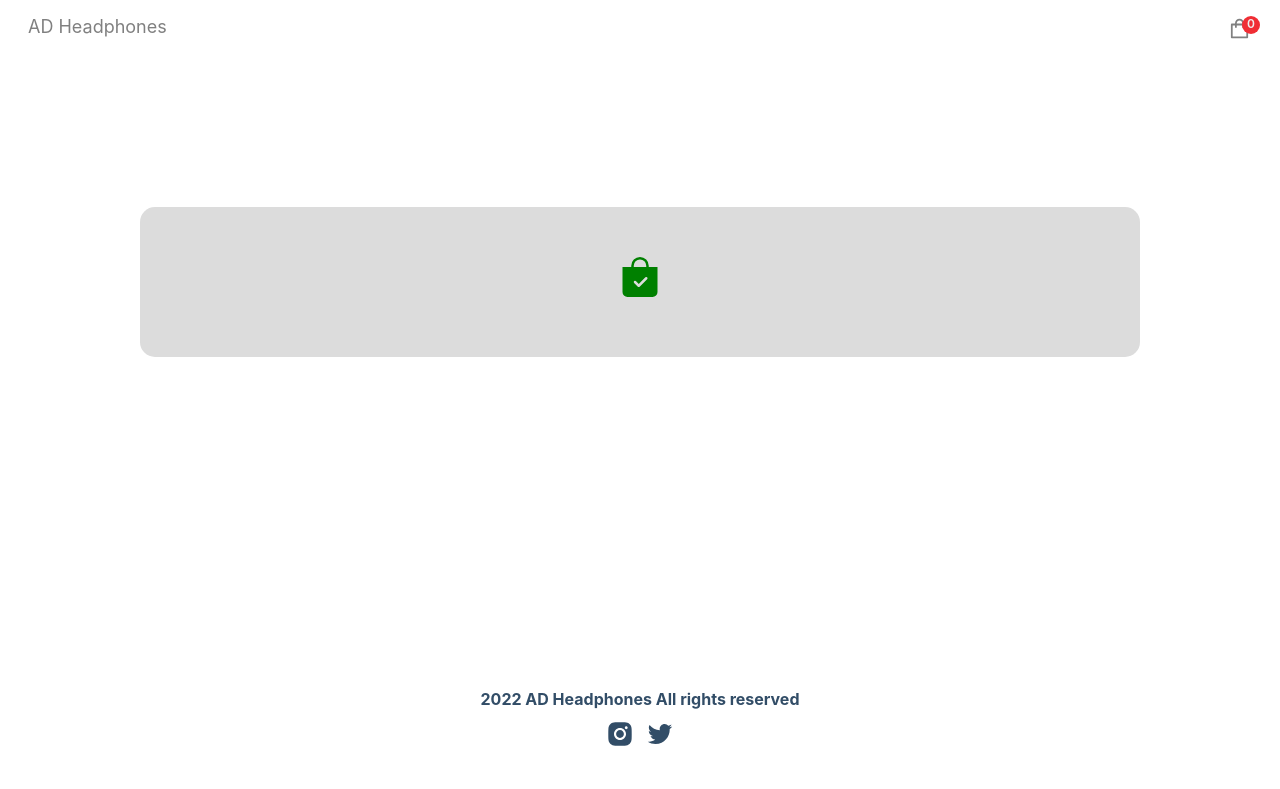
Repository: Ayush-dixit-15/AD_Headphones
Page: /success
An editor plug-in stored every save of this project. The page is shown before and after the next save, followed by the edit.
The browser window is 1280 px wide. The pictures show the whole page.
The project was rebuilt for these pictures with package versions that can differ from the ones it lists, and the page was loaded fresh each time. The framework's server and built-in components were replaced by stand-ins that run in the browser. Also part of the build but not shown: next.config.js, lib/client.js, lib/getStripe.js, components/Cart.jsx, components/FooterBanner.jsx, components/Product.jsx, components/MainBanner.jsx.

Above is the page before, as saved 2022-07-25 17:51:53.

### pages/_app.js
import React from 'react'
import { Toaster } from 'react-hot-toast';
import { Layout } from '../components'
import '../styles/globals.css';
import { StateContext } from '../context/StateContext';


function MyApp({ Component, pageProps }) {
  return(
    <StateContext>
    <Layout>
      <Toaster/>
     <Component {...pageProps} />
     </Layout>
     </StateContext>

    //  in react what happens is that if any component is inside another component then the inner one is considered to be the children and can be called at any point of time in the parent by passing simply the {children} prop and rendering it
  )
}

export default MyApp

### pages/success.js
import React, {useState,useEffect} from 'react'
import Link from 'next/link'
import { BsBagCheckFill } from 'react-icons/bs';
import { useRouter } from 'next/router';


import { useStateContext } from '../context/StateContext';

const Success = () => {
    const { setCartItems, setTotalPrice, setTotalQuantities } = useStateContext();
    const [order, setOrder] = useState(null)
  return (
    <div className="success-wrapper">
        <div className="success">
            <p className="icon">
                <BsBagCheckFill/>
            </p>
        </div>
    </div>
  )
}

export default Success

### components/index.js
export { default as Footer } from './Footer'
export { default as Layout } from './Layout'
export { default as FooterBanner } from './FooterBanner'
export { default as Cart } from './Cart'
export { default as Navbar } from './Navbar'
export { default as Product } from './Product'
export { default as MainBanner} from './MainBanner'

### context/StateContext.js
import React, { createContext, useContext, useState, useEffect } from 'react';
import { toast } from 'react-hot-toast';

const Context = createContext();

export const StateContext = ({ children }) => {
  const [showCart, setShowCart] = useState(false);
  const [cartItems, setCartItems] = useState([]);
  const [totalPrice, setTotalPrice] = useState(0);
  const [totalQuantities, setTotalQuantities] = useState(0);
  const [qty, setQty] = useState(1);

  let foundProduct;
  let index;

  const onAdd = (product, quantity) => {
    const checkProductInCart = cartItems.find((item) => item._id === product._id);

    setTotalPrice((prevTotalPrice) => prevTotalPrice + product.price * quantity);
    setTotalQuantities((prevTotalQuantities) => prevTotalQuantities + quantity);

    if(checkProductInCart) {
      const updatedCartItems = cartItems.map((cartProduct) => {
        if(cartProduct._id === product._id) return {
          ...cartProduct,
          quantity: cartProduct.quantity + quantity
        }
      })

      setCartItems(updatedCartItems);

            // this logic simply checks of the order that the user is trying to add in the cart already exists in the cart . If yes, a new instance will not be created but the old one will be updated.If not, a new instance will be created
        } else {
            product.quantity = quantity;

            setCartItems([...cartItems, { ...product }]);
          }

          toast.success(`${qty} ${product.name} added to the cart.`);
        }

        const onRemove = (product) => {
          foundProduct = cartItems.find((item) => item._id === product._id);
          const newCartItems = cartItems.filter((item) => item._id !== product._id);

          setTotalPrice((prevTotalPrice) => prevTotalPrice -foundProduct.price * foundProduct.quantity);
          setTotalQuantities(prevTotalQuantities => prevTotalQuantities - foundProduct.quantity);
          setCartItems(newCartItems);
        }

        const toggleCartItemQuanitity = (id, value) => {
          foundProduct = cartItems.find((item) => item._id === id)
          index = cartItems.findIndex((product) => product._id === id);
          const newCartItems = cartItems.filter((item) => item._id !== id)

          if(value === 'inc') {
            setCartItems([...newCartItems, { ...foundProduct, quantity: foundProduct.quantity + 1 } ]);
            setTotalPrice((prevTotalPrice) => prevTotalPrice + foundProduct.price)
            setTotalQuantities(prevTotalQuantities => prevTotalQuantities + 1)
          } else if(value === 'dec') {
            if (foundProduct.quantity > 1) {
              setCartItems([...newCartItems, { ...foundProduct, quantity: foundProduct.quantity - 1 } ]);
              setTotalPrice((prevTotalPrice) => prevTotalPrice - foundProduct.price)
              setTotalQuantities(prevTotalQuantities => prevTotalQuantities - 1)
            }
          }
        }

        const incQty = () => {
          setQty((prevQty) => prevQty + 1);
        }

        const decQty = () => {
          setQty((prevQty) => {
            if(prevQty - 1 < 1) return 1;

            return prevQty - 1;
          });
        }

        return (
          <Context.Provider
            value={{
              showCart,
              setShowCart,
              cartItems,
              totalPrice,
              totalQuantities,
              qty,
              incQty,
              decQty,
              onAdd,
              toggleCartItemQuanitity,
              onRemove,
              setCartItems,
              setTotalPrice,
              setTotalQuantities
            }}
          >
            {children}
          </Context.Provider>
        )
      }

      export const useStateContext = () => useContext(Context);

### components/Footer.jsx
import React from 'react'
import { AiFillInstagram, AiOutlineTwitter } from 'react-icons/ai';

const Footer = () => {
  return (
    <div className='footer-container'>
      <p>
        2022 AD Headphones All rights reserved
      </p>
      <p className="icons">
        <AiFillInstagram/>
        <AiOutlineTwitter/>
      </p>
    </div>
  )
}

export default Footer

### components/Layout.jsx
import React from 'react'
import Head from 'next/head'
import Navbar from './Navbar'
import Footer from './Footer'

const Layout = ({children}) => {
  return (
    <div className='layout'>
      <Head>
        <title>
          Ayush's Store
        </title>
      </Head>
      <header>
        <Navbar/>
      </header>
      <main className="main-container">
        {children}
      </main>
      <footer>
        <Footer/>
      </footer>
    </div>

  )
}

export default Layout

### components/Navbar.jsx
import React from 'react';
import Link from 'next/link';
import { AiOutlineShopping } from 'react-icons/ai'
import Cart from './Cart';
import { useStateContext } from '../context/StateContext';

const Navbar = () => {
  const{ showCart, setShowCart, totalQuantities }= useStateContext();
  return (
    <div className='navbar-container'>
      <p className='logo'>
        <Link href= "/"> AD Headphones </Link>
      </p>
      <button type="button" className='cart-icon' onClick={()=> setShowCart(true)}>
        <AiOutlineShopping/>
        <span className='cart-item-qty'>{totalQuantities}</span>
      </button>
      {showCart && <Cart/>}
    </div>
  )
}

export default Navbar

Loaded but not shown: styles/globals.css (common file)

After the next save:
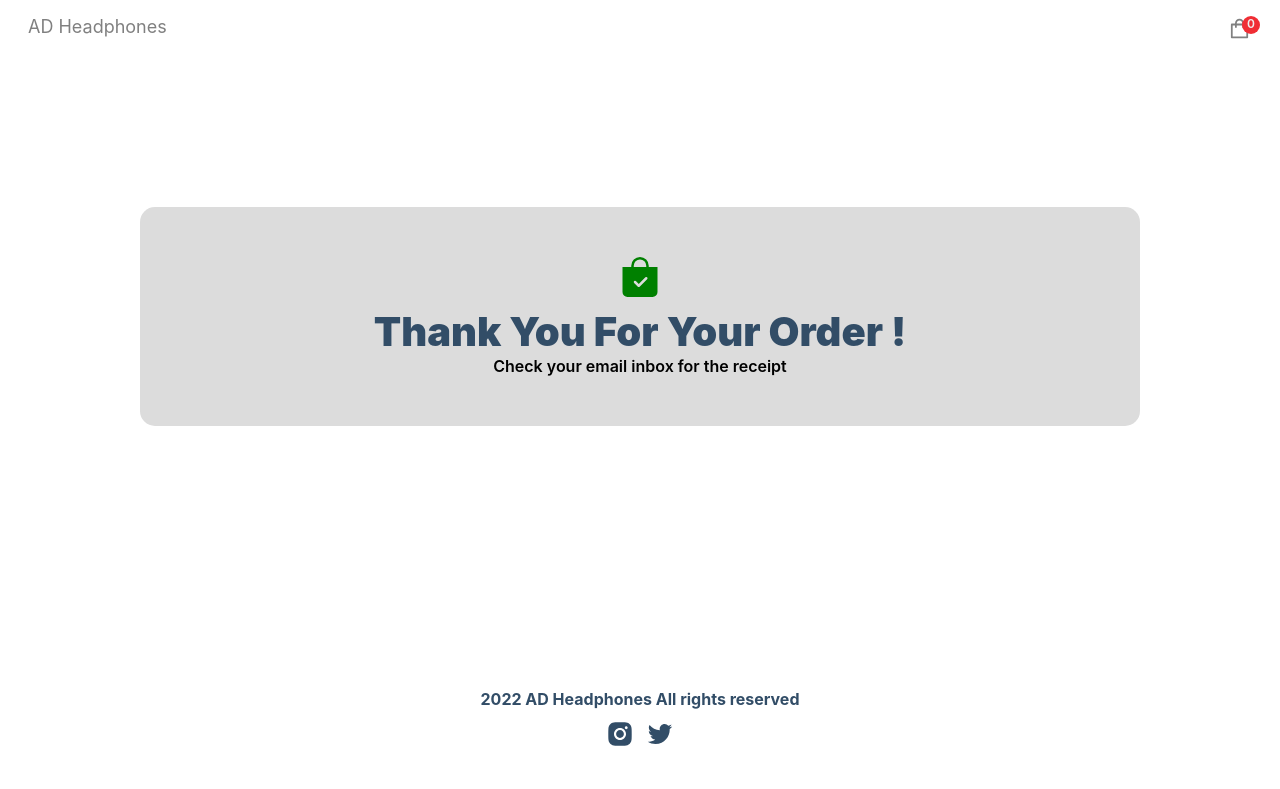
Saved 2 min 8 s later.
--- a/pages/success.js
+++ b/pages/success.js
@@ -1,9 +1,6 @@
 import React, {useState,useEffect} from 'react'
 import Link from 'next/link'
 import { BsBagCheckFill } from 'react-icons/bs';
-import { useRouter } from 'next/router';
-
-
 import { useStateContext } from '../context/StateContext';
 
 const Success = () => {
@@ -15,6 +12,12 @@ const Success = () => {
             <p className="icon">
                 <BsBagCheckFill/>
             </p>
+            <h2>
+                Thank you for your order !
+            </h2>
+            <p className="email-msg">
+                Check your email inbox for the receipt
+            </p>
         </div>
     </div>
   )
